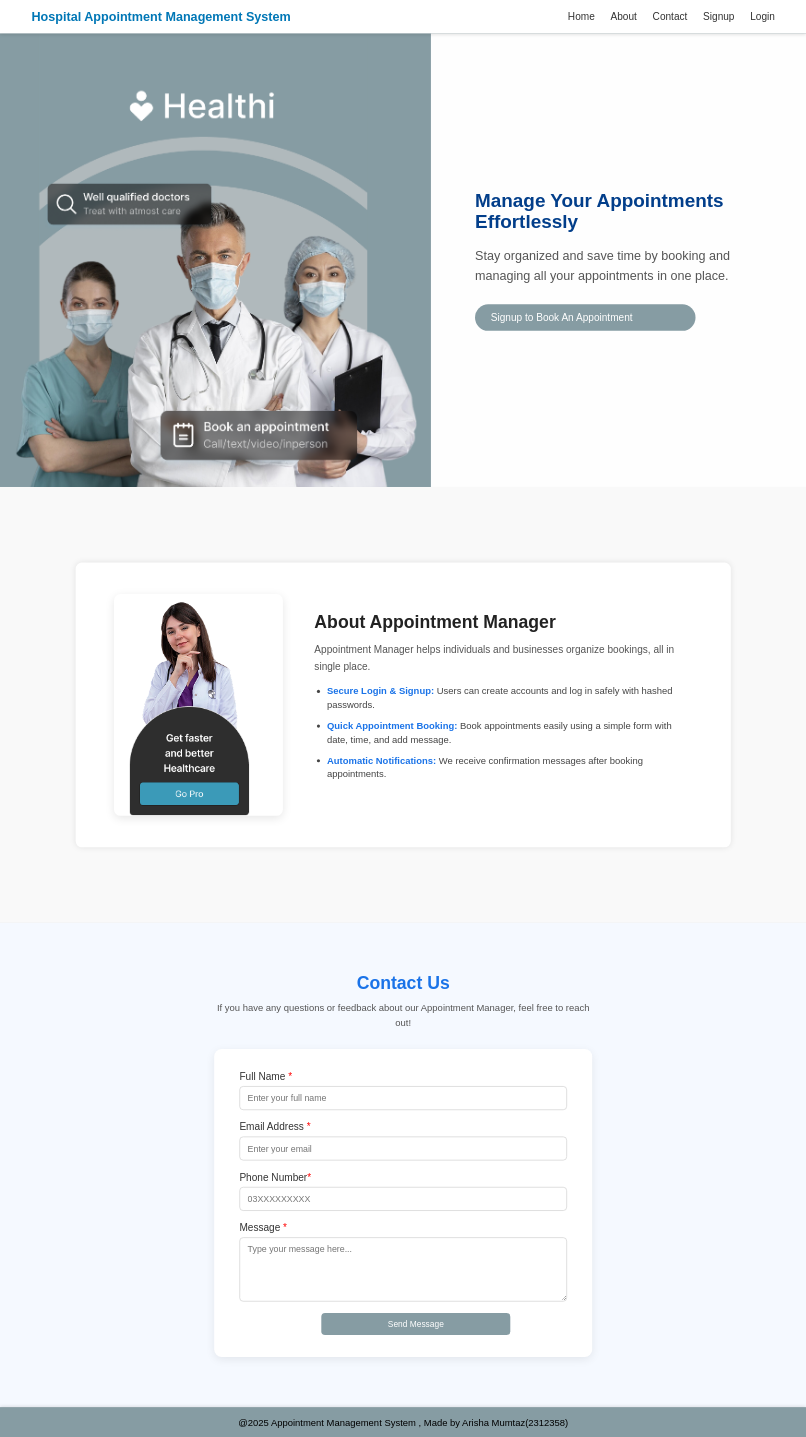
Repository: Arisha004/hospital-management-midterm-
Page: http://localhost/landingpage.html
The author's editor kept a copy of each file at every save. The page is drawn from the files as they stood at one save, then again after the next save.
The browser window is 1280 px wide. The pictures show the whole page, at 63% of full size.
The page is run by PHP 8.4 with error messages shown; the project is at /var/www/html/.

Above is the page before, as saved 2025-11-02 20:26:53.

After the next save:
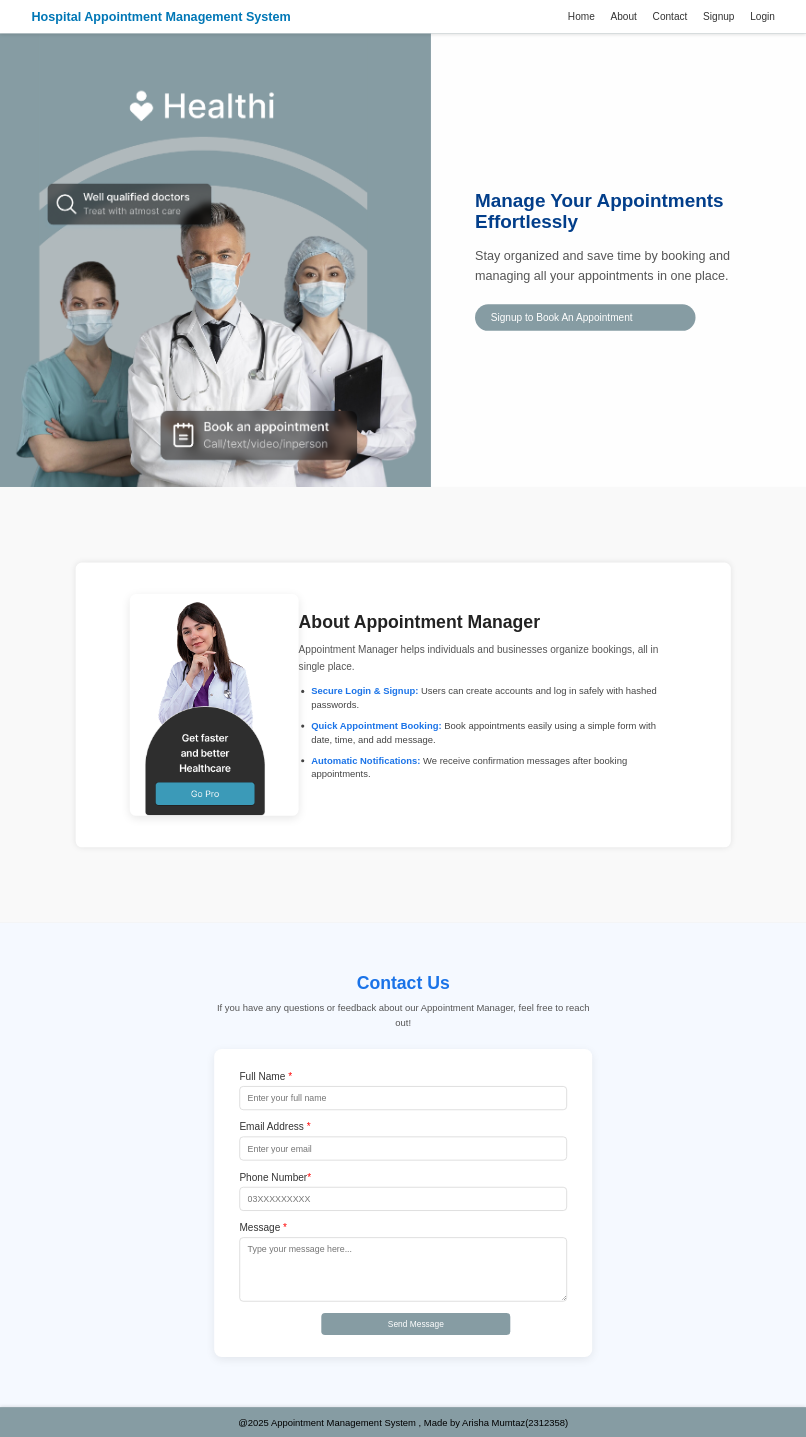
Saved 4 s later.
--- a/style.css
+++ b/style.css
@@ -13,12 +13,6 @@ body {
 .about {
   background-color: #f9f9f9;
   padding: 80px 0; /*80px top & bottom, 0 left & right */
-}
-
-.about-inner {
-  width: 85%;
-  align-items: center;
-  gap: 50px;
 }
 
 .about-image img {
